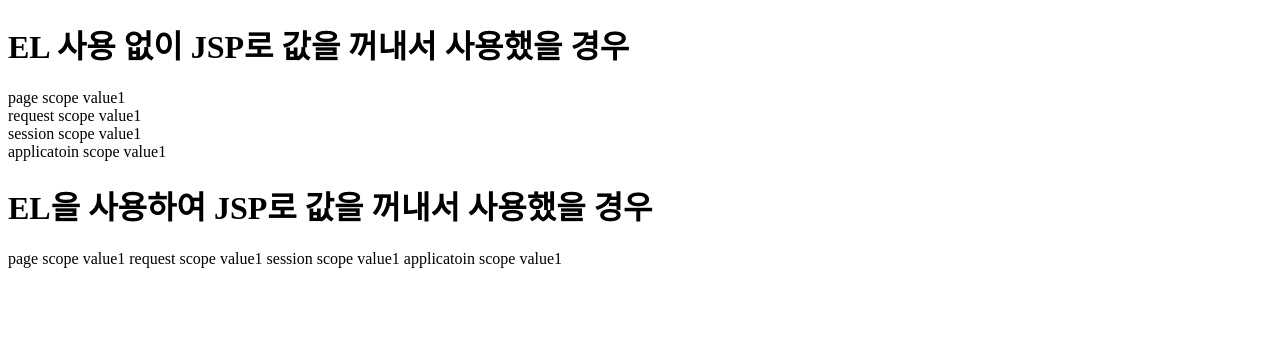
Repository: SHIN-HANBEEN/boostcourse
Page: http://localhost/firstweb/el01.jsp
An editor plug-in stored every save of this project. The page is shown before and after the next save, followed by the edit.
The browser window is 1280 px wide. The pictures show the whole page.
The page is served by Tomcat 10.

Above is the page before, as saved 2023-07-18 02:57:36.

After the next save:
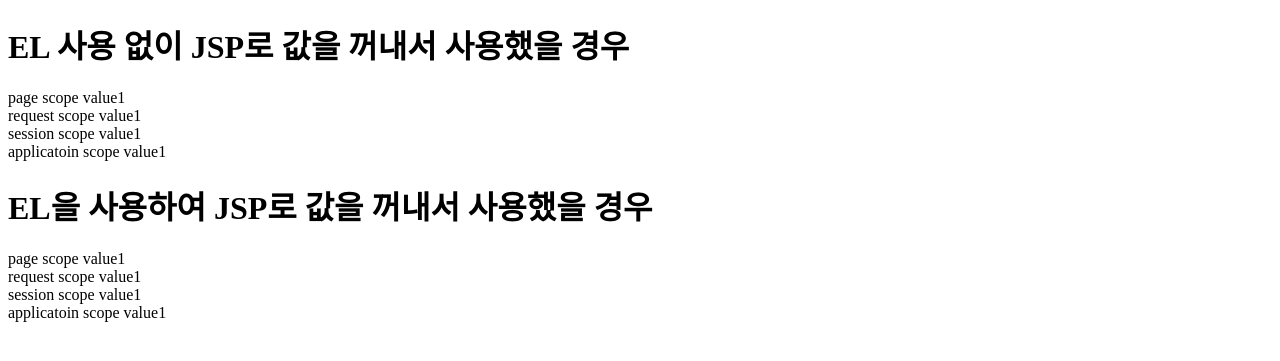
Saved 39 s later.
--- a/firstweb/src/main/webapp/el01.jsp
+++ b/firstweb/src/main/webapp/el01.jsp
@@ -20,9 +20,9 @@
 <%=application.getAttribute("a1") %> <br>
 
 <h1>EL을 사용하여 JSP로 값을 꺼내서 사용했을 경우</h1>
-${p1 }
-${r1 }
-${s1 }
-${a1 }
+${pageScope.p1 } <br>
+${r1 } <br>
+${s1 } <br>
+${a1 } <br>
 </body>
 </html>
